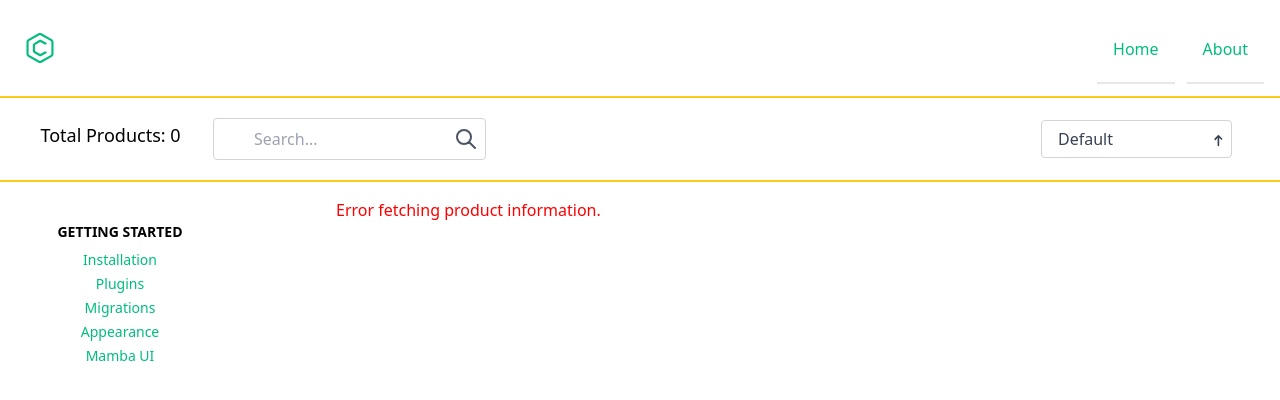
Repository: loktioncode/vectra-shop
Page: /
An editor plug-in stored every save of this project. The page is shown before and after the next save, followed by the edit.
The browser window is 1280 px wide. The pictures show the whole page.
The page's requests for data from a server got no answer. The project was rebuilt for these pictures with package versions that can differ from the ones it lists, and the page was loaded fresh each time. No one was signed in, and anything a server would have sent is missing. Also part of the build but not shown: vite.config.ts, src/components/ProductCard.vue. Imported but missing from the stored project, and not drawn on this page: src/components/Counter.vue.

Above is the page before, as saved 2023-09-20 18:38:56.

After the next save:
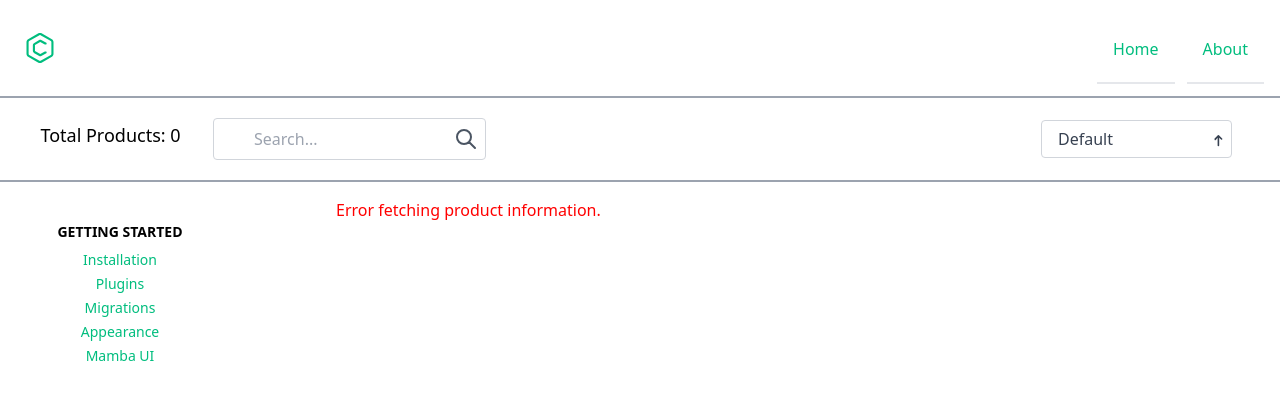
Saved 9 s later.
--- a/src/components/Filters.vue
+++ b/src/components/Filters.vue
@@ -1,5 +1,5 @@
 <template>
-    <div class="flex flex-col md:flex-row items-center w-full py-5 space-y-2 md:space-y-0 md:space-x-2 border-y-2 border-yellow-400">
+    <div class="flex flex-col md:flex-row items-center w-full py-5 space-y-2 md:space-y-0 md:space-x-2 border-y-2 border-gray-400">
         <!-- Filter Items for Mobile (Centered) -->
         <div class="md:hidden flex flex-col items-center w-auto">
             <!-- Product Count Display -->
